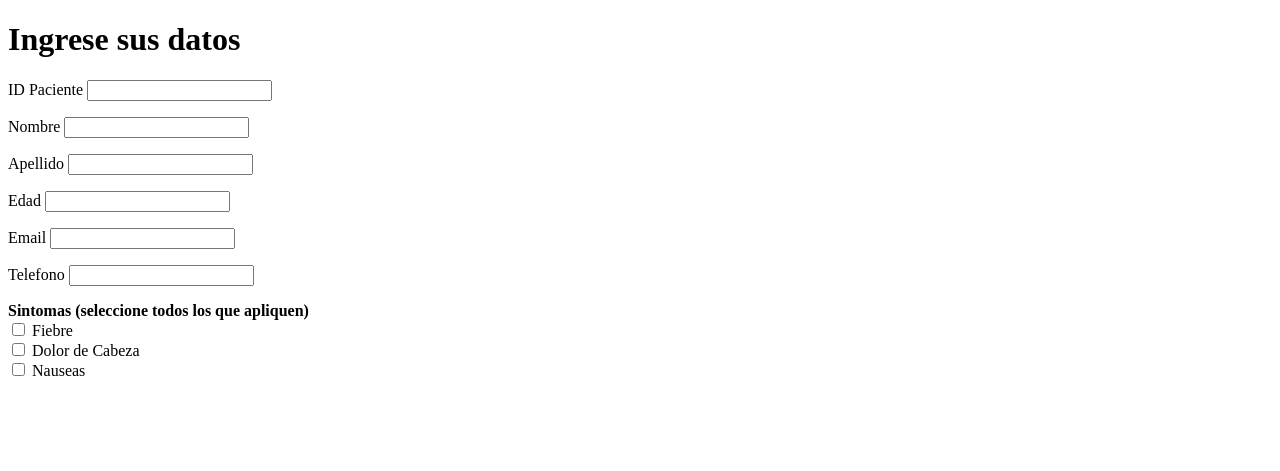
Repository: Divineridh/LPPAChallenges
Page: Trabajos en Clase/ejercicio forms covid/index.html
An editor plug-in stored every save of this project. The page is shown before and after the next save, followed by the edit.
The browser window is 1280 px wide. The pictures show the whole page.

Above is the page before, as saved 2022-04-19 21:03:51.

After the next save:
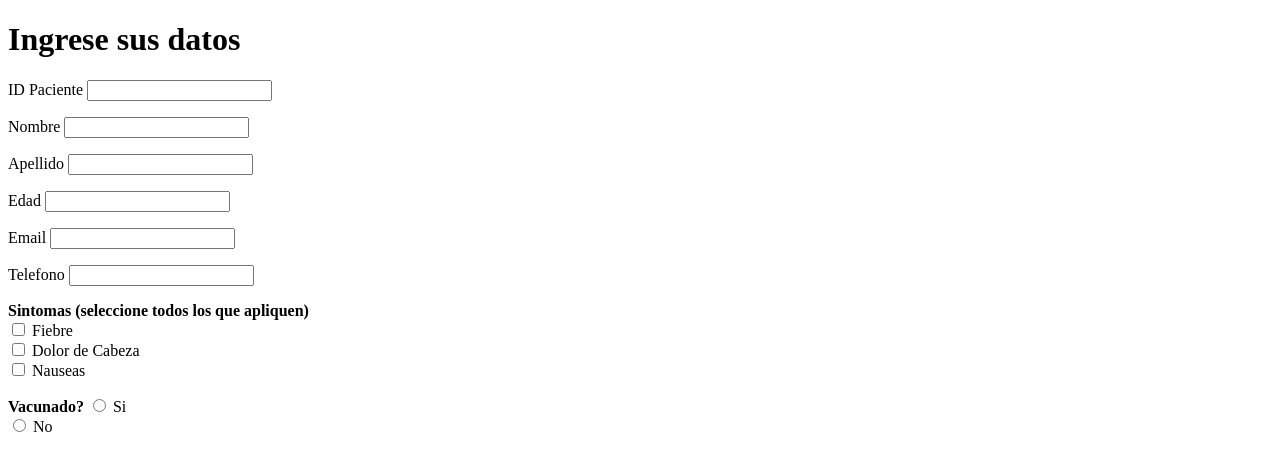
Saved 2 min 58 s later.
--- a/Trabajos en Clase/ejercicio forms covid/index.html
+++ b/Trabajos en Clase/ejercicio forms covid/index.html
@@ -42,6 +42,13 @@
             <input type="checkbox" id="nauseas" name="nauseas">
             <label for="nauseas">Nauseas</label>
         </p>
+        <p>
+            <b>Vacunado?</b>
+            <input type="radio" id="sivacuna" name="sivacuna">
+            <label for="sivacuna">Si</label> <br>
+            <input type="radio" id="novacuna" name="novacuna">
+            <label for="novacuna">No</label>
+        </p>
     </form>
 </body>
 </html>
